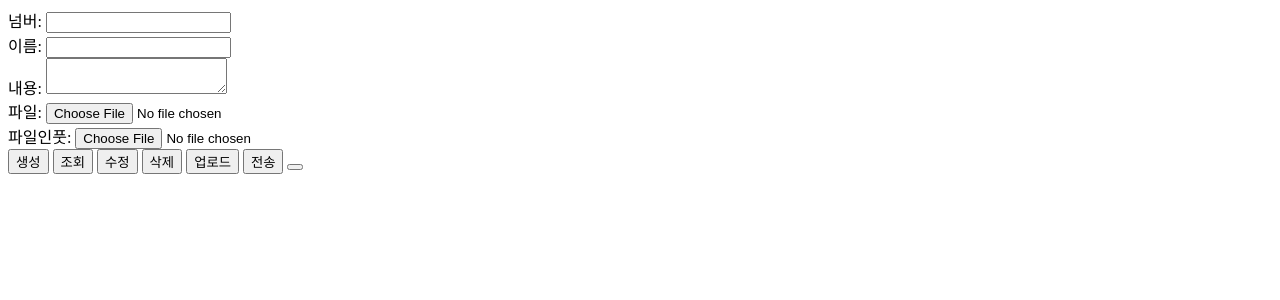
Repository: suinsuin7/suinject
Page: sts4WS/merong/src/main/resources/static/Index.html
These files come from the project's save history. The page is drawn as it stood at one moment and after the next save; the edit follows.
The browser window is 1280 px wide. The pictures show the whole page.
The page's requests for data from a server got no answer.

Above is the page before, as saved 2023-08-29 00:13:26.

### sts4WS/merong/src/main/resources/static/Index.html
<!DOCTYPE html>
<html lang="en">
<head>
    <meta charset="UTF-8">
    <title>Title</title>
    <script src="https://cdnjs.cloudflare.com/ajax/libs/jquery/3.7.0/jquery.min.js"></script>
</head>
<body>
<div id="list"></div>
<div id="photo"></div>
<form action="">
    넘버: <input type="text" name="hamNum" value=""><br>
    이름: <input type="text" name="hamName" value=""><br>
    내용: <textarea name="hamContent"></textarea><br>
    파일: <input type="file" name="hamFile"><br>
    파일인풋: <input type="file" name="hamFile2"><br>
    <button id="create" type="button">생성</button>
    <button id="search" type="button">조회</button>
    <button id="modify" type="button">수정</button>
    <button id="delete" type="button">삭제</button>
    <button id="fileUp" type="button">업로드</button>
    <button id="go" type="button">전송</button>
    <button type="button"></button>
</form>
<script>
    const $list = $("#list");
    $(function () {
        getList();
    });

    const $creBtn = $("#create");
    const $schBtn = $("#search");
    const $modBtn = $("#modify");
    const $delBtn = $("#delete");
    const $fileUp = $("#fileUp");
    const $photo = $("#photo");
    const $go = $("#go");

    const $hamNum = $("input[name=hamNum]");
    const $hamName = $("input[name=hamName]");
    const $hamContent = $("textarea[name=hamContent]");
    const $hamFile = $("input[name=hamFile]");
    const $hamFile2 = $("input[name=hamFile2]");

    $go.on("click", () => {
        let formData = new FormData(document.forms[0]);
        console.log(formData);

        let xhr = new XMLHttpRequest();
        xhr.open("post", "/rest/ham", true);
        xhr.onreadystatechange = function () {
            if (xhr.readyState == 4 && xhr.status == 200) {
                let result = xhr.responseText;
                if (result == 1) {
                    alert("입력 완.");
                    getList();
                } else {
                    alert("입력실패");
                }
            }
        }
        xhr.send(formData);
    })

    $fileUp.on("click", () => {
        let formData = new FormData(); //전송방식이 무조건 multipart/formdata
        formData.append("fileTest", $testFile2[0].files[0]);

        $.ajax({
            type: 'post',
            url: '/rest/ham2',
            data: formData, //JSON.stringify 하지 않음 !
            contentType: false,    //default: application/x-www-form-urlencoded
            processData: false,     //default: application/x-www-form-urlencoded
            cache: false, //선택 권장 사항
            dataType: 'text',
            success: function (result) {
                console.log(result);

                $("<img></img>").attr("src", result).appendTo($photo);
            },
            error: function (xhr) {
                console.log("CODE: ", xhr.status)
                console.log("MESSAGE: ", xhr.responseText)
                console.log("ERROR: ", error);
            }
        });
    })

    $schBtn.on("click", function () {
        $.ajax({
            type: "get",
            url: `/rest/ham/${$hamNum.val()}`,
            dataType: "text",
            success: function (result) {
                if (result) {
                    console.log(result);
                    result = JSON.parse(result);
                    $hamName.val(result.hamName);
                    $hamContent.val(result.hamContent);
                    $hamFile.val(result.hamFile);
                } else {
                    alert("없는 번호입니다.");
                }
            },
            error: function (xhr, status, error) {
                console.log("code: " + xhr.status);
                console.log("message: " + xhr.responseText);
                console.log("error: " + xhr.error);
            },
        });
    });

    $creBtn.on("click", function () {
        let hamVO = {
            hamName: $hamName.val(),
            $hamContent: $hamContent.val(),
            $hamFile: $hamFile.val()
        };
        console.log("hamVO: ", hamVO);

        $.ajax({
            type: "post",
            url: "/rest/ham",
            data: JSON.stringify(hamVO),
            contentType: "application/json;charset=utf-8",
            dataType: "json",
            success: function (result) {
                console.log(result);
                if (result) {
                    alert("완료되었습니다");
                    getList();
                } else {
                    alert("입력에 실패했습니다");
                }
            },
            error: function (xhr, status, error) {
                console.log("code: " + xhr.status);
                console.log("message: " + xhr.responseText);
                console.log("error: " + xhr.error);
            },
        });
    });

    $modBtn.on("click", function () {
        let hamVO = {
            hamName: $hamName.val(),
            $hamContent: $hamContent.val(),
            $hamFile: $hamFile.val()
        };
        console.log("hamVO: ", hamVO);

        $.ajax({
            type: "put",
            url: "/rest/ham",
            data: JSON.stringify(hamVO),
            contentType: "application/json;charset=utf-8",
            dataType: "text",
            success: function (result) {
                console.log(result);
                if (result) {
                    alert("완료되었습니다");
                    getList();
                } else {
                    alert("입력에 실패했습니다");
                }
            },
            error: function (xhr, status, error) {
                console.log("code: " + xhr.status);
                console.log("message: " + xhr.responseText);
                console.log("error: " + xhr.error);
            },
        });
    });

    $delBtn.on("click", function () {
        $.ajax({
            type: "delete",
            url: `/rest/ham/${$hamNum.val()}`,
            dataType: "text",
            success: function (result) {
                if (result) {
                    console.log(result);
                    getList();
                } else {
                    alert("없는 번호입니다.");
                }
            },
            error: function (xhr, status, error) {
                console.log("code: " + xhr.status);
                console.log("message: " + xhr.responseText);
                console.log("error: " + xhr.error);
            },
        });
    });

    function getList() {
        $.ajax({
            url: "/rest/ham",
            type: "get",
            dataType: "text",
            success: function (result) {
                result = JSON.parse(result);
                console.log(result);
                result.sort(function (b, a) {
                    return a.hamNum - b.hamNum;
                });

                let tblStr = `<table border=1><tr><th>번호</th><th>이름</th><th>내용</th><th>파일</th><th>다운로드</th></tr>`
                for (let i = 0; i < result.length; i++) {
                    tblStr += `<tr>
                            <td>${result[i].hamNum}</td>
                            <td>${result[i].hamName}</td>
                            <td>${result[i].hamContent}</td>`
                    tblStr += `<td><a href='${result[i].hamFile}'>보기</a></td>
                            <td><button onclick=fDownload('${result[i].hamFile}')>다운로드</button></td>
                            </tr>`;
                }
                tblStr += `</table>`;
                $list.html(tblStr);
            },
            error: function (xhr, status, error) {
                console.log("code: " + xhr.status);
                console.log("message: " + xhr.responseText);
                console.log("error: " + xhr.error);
            },
        });
    };

    function fDownload(urlPath) {
        let startIndex = urlPath.lastIndexOf("/") + 1;
        let originalName = urlPath.substring(startIndex);

        let aTag = document.createElement("a"); // a 태그 생성
        aTag.href = urlPath;
        aTag.download = originalName; // 클릭시 다운로드가 되도록 download 속성 추가

        aTag.click(); // 강제 클릭 발생시킴
    }

</script>
</body>
</html>

After the next save:
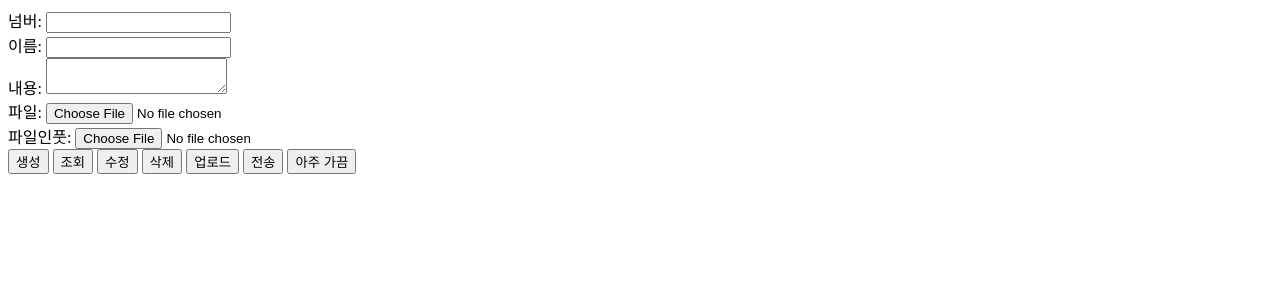
Saved 10 s later.
--- a/sts4WS/merong/src/main/resources/static/Index.html
+++ b/sts4WS/merong/src/main/resources/static/Index.html
@@ -20,7 +20,7 @@
     <button id="delete" type="button">삭제</button>
     <button id="fileUp" type="button">업로드</button>
     <button id="go" type="button">전송</button>
-    <button type="button"></button>
+    <button type="button" id="part">아주 가끔</button>
 </form>
 <script>
     const $list = $("#list");
